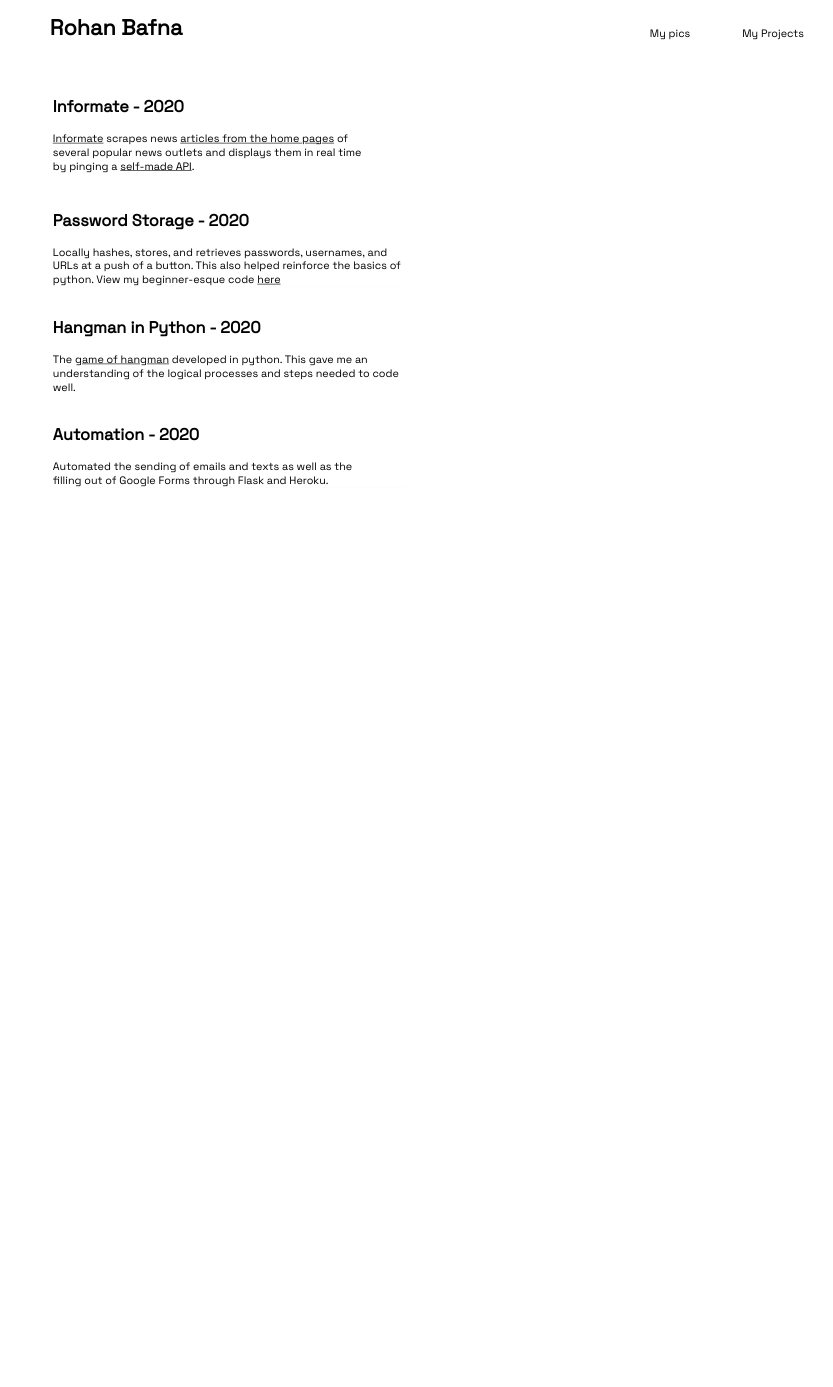
Repository: rbafna6507/rbafna6507.github.io
Page: projects.html
An editor plug-in stored every save of this project. The page is shown before and after the next save, followed by the edit.
The browser window is 1280 px wide. The page is 1388 px wide, so the pictures cover 1388 px, including what lies to the right of the window. The pictures show the whole page, at 60% of full size.

Above is the page before, as saved 2020-12-20 11:08:41.

After the next save:
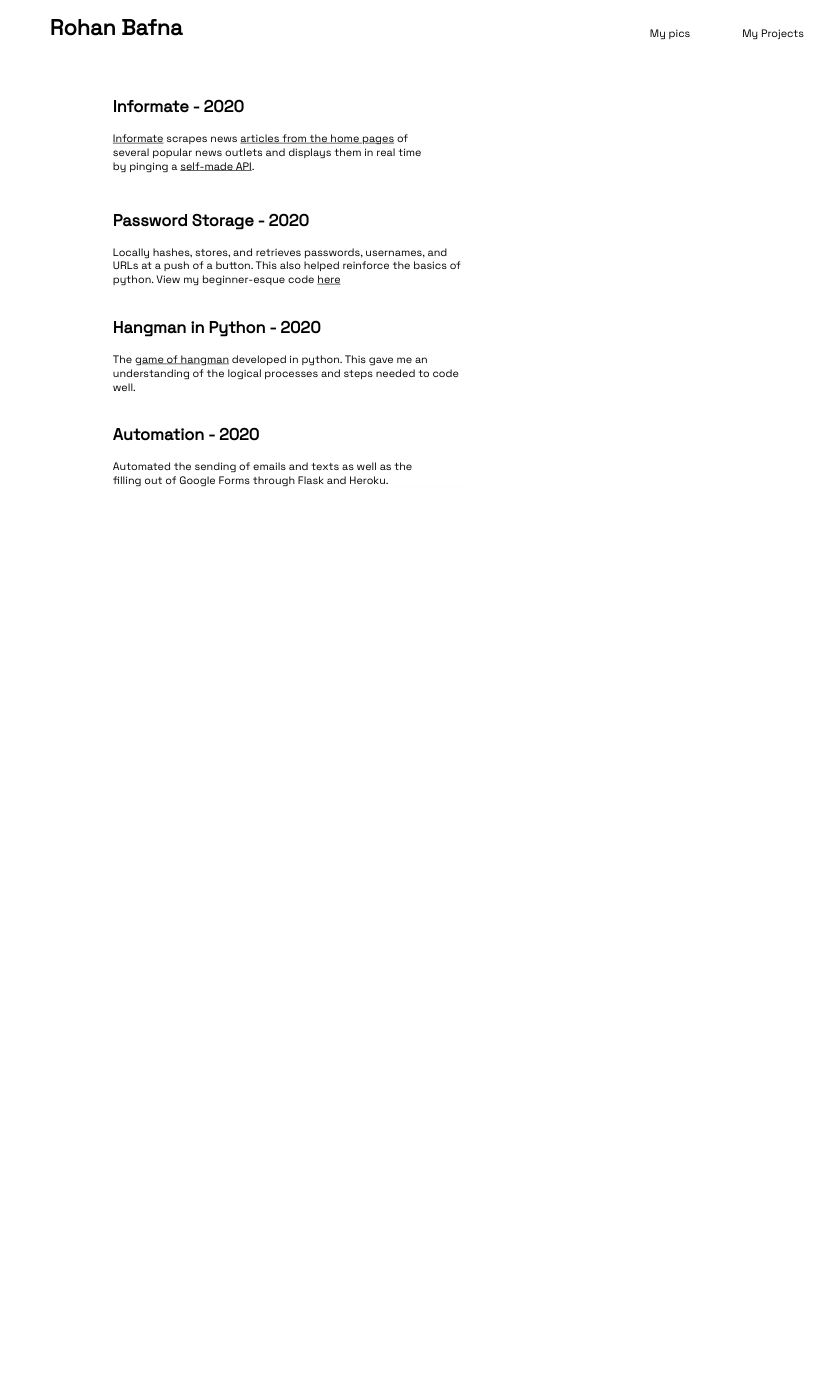
Saved 16 s later.
--- a/projects.css
+++ b/projects.css
@@ -172,7 +172,7 @@ ul{
     display: block;
     width: 590px;
     margin-top: 1px;
-    margin-right:1px;
+    margin-left:100px;
   }
 
   .small{
